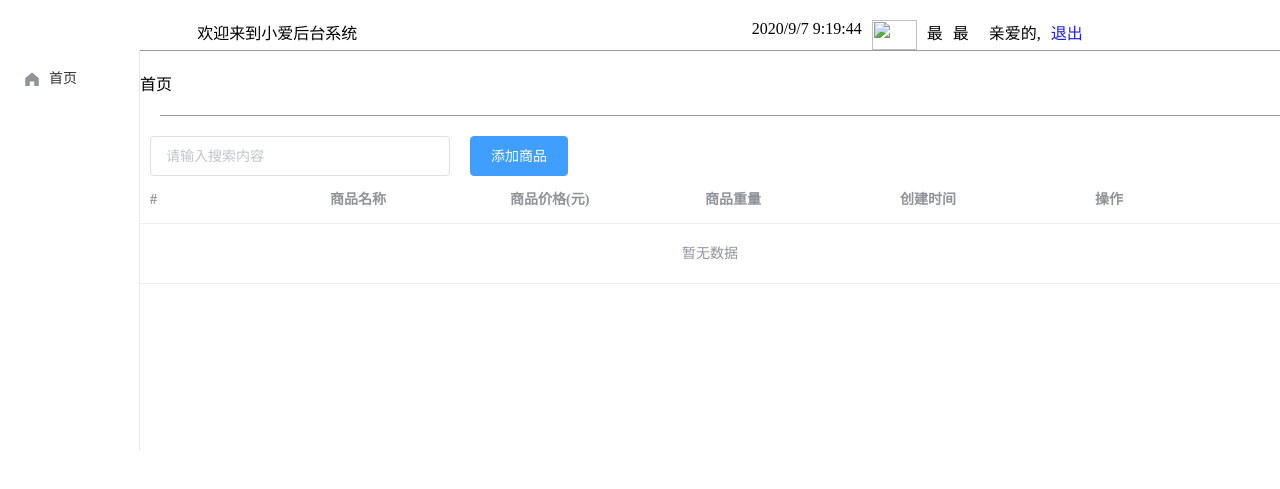
Repository: wujingwenwu/system
Page: /goods/goods
The author's editor kept a copy of each file at every save. The page is drawn from the files as they stood at one save, then again after the next save.
The browser window is 1280 px wide. The pictures show the whole page.
The page's requests for data from a server got no answer. The project was rebuilt for these pictures with package versions that can differ from the ones it lists, and the page was loaded fresh each time. No one was signed in, and anything a server would have sent is missing. Also part of the build but not shown: vue.config.js, src/views/Home.vue.

Above is the page before, as saved 2020-09-07 11:32:07.

### public/index.html
<!DOCTYPE html>
<html lang="en">
  <head>
    <meta charset="utf-8">
    <meta http-equiv="X-UA-Compatible" content="IE=edge">
    <meta name="viewport" content="width=device-width,initial-scale=1.0">
    <link rel="icon" href="<%= BASE_URL %>favicon.ico">
    <title><%= htmlWebpackPlugin.options.title %></title>
  </head>
  <body>
    <noscript>
      <strong>We're sorry but <%= htmlWebpackPlugin.options.title %> doesn't work properly without JavaScript enabled. Please enable it to continue.</strong>
    </noscript>
    <div id="app"></div>
    <!-- built files will be auto injected -->
    <!--[if lte IE 9]>
    <div style='position:absolute; top: 50%; left:50%; margin-top: -50px;margin-left: -400px; align-items: center;justify-content: center;'>
      <div style='width: 800px; height: 100px;text-align: center'>
        <h1>
        您的浏览器版本过低 请下载最新的谷歌浏览器
      </h1>
      <div style='text-align: center;width: 800px'>
        <a href='https://www.chromestatus.com/feature/5636954674692096'>下载谷歌浏览器点此链接</a>
      </div>
      </div>
    </div>
  <![endif]-->
  </body>
</html>

### src/main.js
import Vue from "vue";
import App from "./App.vue";
import router from "./router";
import store from "./store";
import './bus'
import axios from 'axios';
import ElementUI from 'element-ui'
import 'element-ui/lib/theme-chalk/index.css'
import  echarts from 'echarts';
Vue.config.productionTip = false;
Vue.prototype.$axios = axios;
Vue.use(ElementUI)
Vue.prototype.$echarts = echarts;
new Vue({
  router,
  store,
  render: h => h(App)
}).$mount("#app");

### src/App.vue
<template>
  <div id="app">
    <router-view />
  </div>
</template>

<style lang="scss">
@import "../src/style/demo";
* {
  margin: 0;
  padding: 0;
}
</style>

### src/router/index.js
import Vue from "vue";
import VueRouter from "vue-router";
import Home from "../views/Home.vue";
import Public from '../views/publics/Public'
Vue.use(VueRouter);

const routes = [
  {
    path: '/Home',
    redirect: '/'
  },
  {
    path: "/about",
    name: "About",
    // route level code-splitting
    // this generates a separate chunk (about.[hash].js) for this route
    // which is lazy-loaded when the route is visited.
    component: () =>
      import(/* webpackChunkName: "about" */ "../views/About.vue")
  },
  {
    path: "/login",
    name: "Login",
    component: () =>
      import("../views/login/Login"),

  },
  {
    path: "/",
    name: "首页",
    component: Public,
    children: [
      {
        path: "",
        name: "Home",
        component: Home,
        meta: {
          title: "首页",
          icon: 'el-icon-s-home'
        },
      }
    ]
  },
  {
    path: "/users",
    name: "Public",
    component: Public,
    meta: {
      title: "用户管理",
      icon: 'el-icon-user-solid',
    },
    children: [
      {
        path: "users",
        name: "Users",
        component: () => import("../views/users/Users"),
        meta: {
          title: "用户列表",
          icon: 'el-icon-folder-opened',
          path: "/users/users"
        },
      }

    ]
  },
  {
    path: "/rights",
    name: "Public",
    component: Public,
    meta: {
      title: "权限管理",
      icon: 'el-icon-folder'
    },
    children: [
      {
        path: "roles",
        name: "Roles",
        component: () => import("../views/roles/Roles"),
        meta: {
          title: "角色列表",
          icon: 'el-icon-setting',
          path: '/rights/roles'
        },
      },
      {
        path: "rights",
        name: "Roles",
        component: () => import("../views/rights/Rights"),
        meta: {
          title: "权限列表",
          icon: 'el-icon-c-scale-to-original',
          path: '/rights/rights'
        },
      },
    ]
  },
  {
    path: "/goods",
    name: "Public",
    component: Public,
    meta: {
      title: "商品管理",
      icon: 'el-icon-shopping-bag-2'
    },
    children: [
      {
        path: "goods",
        name: "Goods",
        component: () => import("../views/goods/Goods"),
        meta: {
          title: "商品列表",
          icon: 'el-icon-bangzhu',
          path: '/goods/goods'
        },
      },
      {
        path: "params",
        name: "Params",
        component: () => import("../views/params/Params"),
        meta: {
          title: "分类参数",
          icon: 'el-icon-bell',
          path: '/goods/params'
        },
      },
      {
        path: "categories",
        name: "Categories",
        component: () => import("../views/categories/Categories"),
        meta: {
          title: "商品分类",
          icon: 'el-icon-date',
          path: '/goods/categories'
        },
      },
    ]
  },
  {
    path: "/orders",
    name: "Public",
    component: Public,
    meta: {
      title: "订单管理",
      icon: 'el-icon-s-order'
    },
    children: [
      {
        path: "orders",
        name: "Orders",
        component: () => import("../views/orders/Orders"),
        meta: {
          title: "订单列表",
          icon: 'el-icon-folder-add',
          path: '/orders/orders'
        },
      }

    ]
  },
  {
    path: "/reports",
    name: "Public",
    component: Public,
    meta: {
      title: "数据统计",
      icon: 'el-icon-message'
    },
    children: [
      {
        path: "reports",
        name: "Reports",
        component: () => import("../views/reports/Reports"),
        meta: {
          title: "数据报表",
          icon: 'el-icon-position',
          path: '/reports/reports'
        },
      }

    ]
  },
];

const router = new VueRouter({
  mode: "history",
  base: process.env.BASE_URL,
  routes
});

export default router;

### src/store/index.js
import Vue from "vue";
import Vuex from "vuex";
import login from './login/login';
import publics from './publics/publics';
import report from './report/report';
import management  from './management/management';
import jurisdiction from './jurisdiction/jurisdiction';
import goodser from './goodser/goodser'
Vue.use(Vuex);

export default new Vuex.Store({
  state: {},
  mutations: {},
  actions: {},
  modules: {
    login,
    publics,
    report,
    management,
    jurisdiction,
    goodser
  }
});

### src/bus/index.js
import Vue from 'vue'
const bus = new Vue()
Vue.prototype.$bus = bus

### src/style/demo.scss
.d-f{
    display: flex;
    /* 弹性盒模型 */
}
.f-s-12{
    font-size: 12px;
    /* 字体大小为12px */
}
.f-s-14{
    font-size: 14px;
    /* 字体大小为14px */
}
.f-s-16{
    font-size: 16px;
    /* 字体大小为16px */
}
.f-w{
    font-weight: 700;
    /*字体 加粗 */
}
.f-c-ho{
    color: #f00;
    /* 红色 */
}
.f-c-hu{
    color: #ccc;
    /* 灰色 */
}
.f-c-b{
    color: #ffffff;
    /* 白色 */
}
.f-c-he{
    color: #000;
    /* 黑色 */
}
.t-a-l{
    text-align: left;
    /* 文本左对齐 */
}
.t-a-c{
    text-align: center;
    /* 文本居中 */
}
.t-a-r{
    text-align: right;
    /* 文本右对齐 */
}
.t-d-u{
    text-decoration: underline;
    /* 装饰在文本底部 */
}
.t-d-o{
    text-decoration: overline;
    /* 装饰在顶部 */
}
.t-d-l-t{
    text-decoration: line-through;
    /* 装饰在文本中间 */
}
.d-i{
    display: inline;
    /* 块级元素装换成行内元素 */
}
.d-i-b{
    display: inline-block;
    /* 块级元素装换成行内块元素 */
}
.d-b{
    display: block;
    /* 行内和行内块元素装换成块级元素 */
}
.d-n{
    display: none;
    /* 隐藏元素 */
}
.p-r{
    position: relative;
    /* 相对定位 */
}
.p-a{
    position: absolute;
    /* 绝对定位 */
}
.p-f{
    position: fixed;
    /* 固定定位 */
}
.b-r-50{
    border-radius: 50%;
    /* 圆角为50% */
}
.j-c-s-a{
    justify-content: space-around;
   /* 两边的子元素距离父元素的两边有间距，然后中间距离自动等分 */
}
.j-c-s-b{
    justify-content: space-between;
    /* 两边的子元素距离父元素没有间距，然后中间距离自动等分 */

}
.j-c-c{
    justify-content: center;
     /* 所有的子元素相当于父元素水平居中 */
}
.a-i-c{
    align-items: center;
    /* （竖轴排列方式）子元素相当于父元素垂直方向居中 */
}
.f-d-c{
    flex-direction: column;
    /* 弹性盒模型的竖项排列方式 */
}
*{
  margin: 0;
  padding: 0;
  /* 清除游览器的痕迹 */
}
.conter{
    display: flex;
    justify-content: center;
    /* 弹性盒模型，所有的文本在页面的中间 */
}
.warp{
   width: 1280px;
   /* 宽度为1280px，基本上不会超过1400px */
}
.o-h{
    overflow: hidden;
    /* 超出部分隐藏 */
}
.w-o-t{
    white-space: nowrap;
    overflow: hidden;
    text-overflow: ellipsis;
    /* 超出部分隐藏（只限字体） */
}
.d-n{
    display: none;
    /* 不占位置 */
}
.v-h{
    visibility: hidden;
    /* 占位置 */
}
.f-w-w{
    flex-wrap: wrap;
    /* 换行 */
}
.w-s-n{
    white-space: nowrap;
    /* 内容不换行 */
}
.m-t-20{
    margin-top: 20px;
    /* 向下20 */
}
.m-l-20{
    margin-left: 20px;

}
.m-t-10{
    margin-top: 10px;
}
.m-l-10{
    margin-left: 10px;
}
.b-c-hong{
    background-color: red;
}
.b-c-hei{
    background-color: black;
}
.b-c-bai{
    background-color: #ffffff;
}
.b-c-hui{
    background-color: #ccc;
}
.b-1-s-hong{
    border: 1px solid red;
}
.b-1-d-hong{
    border: 1px dashed red;
}
.b-1-s-bai{
    border: 1px solid #ffffff;
}
.b-1-d-bai{
    border: 1px dashed #ffffff;
}
.b-1-s-hei{
    border: 1px solid black;
}
.b-1-d-hei{
    border: 1px dashed black;
}
.b-1-s-hui{
    border: 1px solid #ccc;
}
.b-1-d-hui{
    border: 1px dashed #ccc;
}
.b-l-n{
    border-left: none;
    /* 左边框隐藏 */
}
.b-t-n{
    border-top: none;
}
.b-r-n{
    border-right: none;
}
.b-b-n{
    border-bottom: none;
}
.m-t-15{
    margin-top: 15px;
}
.m-t-30{
    margin-top: 30px;
}
.m-t-5{
    margin-top: 5px;
}
.b-none{
    border: none;
}
.f-s-18{
    font-size: 18px;
}
.m-l--10{
    margin-left: -10px;
}
.m-l-40{
    margin-left: 40px;
}
.m-t-40{
    margin-top: 40px;
}
.o-n{
    outline: none;
    /* 隐藏边框 */
}

### src/views/publics/Public.vue
<template>
<div>
  <div class="d-f publics j-c-s-a m-t-20">
    <div>欢迎来到小爱后台系统</div>
    <div class="d-f">
    <div>  {{ nowDate + ' ' + nowTime + ' ' }}</div>
     <div class="d-f m-l-10">

    <img :src="img" alt="" class="img">
    <div class="m-l-10">{{weather.type}}</div>
    <div>最{{weather.high}}</div>
    <div class="m-l-10">最{{weather.low}}</div>
    <div class="m-l-20">亲爱的,{{user}}</div>
    <div class="m-l-10 color" @click="toOut">退出</div>
    </div>
    </div>
  </div>
  <div class="d-f">
  <el-menu
      :default-active="$route.path"
      class="el-menu-vertical-demo"
      @open="handleOpen"
      @close="handleClose" unique-opened router>
       <el-menu-item index="/">
        <i class="el-icon-s-home"></i>
        <span slot="title">首页</span>
      </el-menu-item>
      <el-submenu :index="item.path" v-for="(item,index) in menus" :key="index" >
        <template slot="title">
         <i :class="item.icon"></i>
         <span>{{item.authName}}</span>
        </template>
        <el-menu-item-group v-for="(item1,index1) in item.children" :key="index1">

          <el-menu-item :index="item1.path"><i :class="item1.icon"></i>{{item1.authName}}</el-menu-item>

        </el-menu-item-group>
      </el-submenu>



    </el-menu>
    <div>
    <div class="show"></div>
    <div class="m-t-20">首页</div>
    <div class="show1 m-t-20"></div>
  <router-view></router-view>
  </div>
  </div>
  </div>
</template>

<script>
import { createNamespacedHelpers } from 'vuex'
const userModule = createNamespacedHelpers('publics')
const { mapState: userState, mapActions: userActions } = userModule
export default {
  name: "",
  props: {},
  data() {
    return {
      nowDate: "", // 当前日期
      nowTime: "", // 当前时间
      hous:'',
      weather:'',
      img:'',
      user:'',
      routes:''
    };
  },
  components: {},
  methods: {
    toOut(){
      this.$router.push('/login')
    },
    handleOpen(){

    },
    handleClose(){
    },
      ...userActions(['getMenus']),
      //获取当前时间
    currentTime() {
            setInterval(this.getDate, 500);
        },
        getDate: function() {
            var _this = this;
            let yy = new Date().getFullYear();
            let mm = new Date().getMonth() + 1;
            let dd = new Date().getDate();
            let hh = new Date().getHours();
            this.hous=new Date().getHours()
            let mf =
                new Date().getMinutes() < 10
                    ? "0" + new Date().getMinutes()
                    : new Date().getMinutes();
               let my =
                new Date().getSeconds() < 10
                    ? "0" + new Date().getSeconds()
                    : new Date().getSeconds();
            _this.nowTime = hh + ":" + mf +":"+ my;
            _this.nowDate = yy + "/" + mm + "/" + dd;
        },

  },
  mounted() {
    console.log(this.$router);
    this.routes=this.$router.options.routes
       this.getMenus()
      this.currentTime();
      //获取天气
     this.$axios
      .get("http://wthrcdn.etouch.cn/weather_mini?city=成都")
      .then((res) =>{
        // console.log(res.data.data);
        this.weather=res.data.data.forecast[0]//获取到当天的天气
        console.log(this.weather);
        if(this.weather.type=='多云'){
            this.img=require("../../image/90XB9(C7P}7EJ59[7O99%K5.png")
        }if(this.weather.type=='晴天'){
          this.img=require("../../image/{}BC(0D8R~BDMVK70GMGXYT.png")
        }if(this.weather.type=='小雨'){
          this.img=require("../../image/`1L(N@R7EQZ_8M3(AY`~O~C.png")
        }

      })
      .catch((err) =>{
        console.log(err);
      });
    this.user=localStorage.getItem('user')
  },
   // 销毁定时器
    beforeDestroy: function() {
        if (this.getDate) {
            console.log("销毁定时器")
            clearInterval(this.getDate); // 在Vue实例销毁前，清除时间定时器
        }
    },
  watch: {},
  computed: {
     ...userState(['menus'])
  }
};
</script>

<style scoped lang='scss'>
.img{
    width: 45px;
    height: 30px;
}
.color{
    color: rgb(31, 31, 231);
    cursor: pointer;
}
.el-menu-vertical-demo:not(.el-menu--collapse) {
    width: 200px;
    min-height: 400px;
  }
  .show{
    width: 1140px;
   height: 1px;
   background: #999;

  }
  .show1{
     width: 1120px;
   height: 1px;
   background: #999;
   margin-left: 20px;
  }
</style>

### src/views/goods/Goods.vue
<template>
<!--商品列表-->
 <div>
 <div class="d-f m-t-20">
 <el-input
  placeholder="请输入搜索内容" class="input m-l-10"
  v-model="input"
  clearable>
</el-input>
<div class="m-l-20">
<el-button type="primary">添加商品</el-button>
</div>
 </div>
   <el-table
      :data="goodser"
      style="width: 100%">
      <el-table-column
        type="index"
        :index="indexMethod"
        label="#"
        width="180">
      </el-table-column>
      <el-table-column
        prop="goods_name"
        label="商品名称"
        width="180">
      </el-table-column>
      <el-table-column
        prop="goods_price"
        label="商品价格(元)">
      </el-table-column>
       <el-table-column
        prop="goods_weight"
        label="商品重量">
      </el-table-column>
       <el-table-column
        prop="add_time"
        label="创建时间">
      </el-table-column>
        <el-table-column
        label="操作">
       <el-button type="primary" size="mini" icon="el-icon-edit-outline"></el-button>
       <el-button type="danger" size="mini" icon="el-icon-delete"></el-button>
      </el-table-column>
    </el-table>
 </div>
</template>

<script>
import { createNamespacedHelpers } from "vuex";
const userModule = createNamespacedHelpers("goodser");
const { mapState, mapActions } = userModule;
 export default {
   name:'',
   props:{

    },
   data () {
     return {
     query:'',
     pagenum:'1',
     pagesize:'10',
     input: '',
   }
   },
   components: {

   },
   methods: {
 ...mapActions(["getGoodser"]),
 //获取下标
    indexMethod(index) {
      return index * 1 + 1;
    },
   },
   mounted() {
    this.getGoodser({
     query:this.query,
      pagenum:this.pagenum,
      pagesize:this.pagesize
    })
   },
   watch: {

   },
   computed: {
    ...mapState(["goodser"])
   }
 }
</script>

<style scoped lang='scss'>
.input{
  width: 300px;
}
</style>

### src/store/login/login.js
import api from '../../components/http/api';
import router from '../../router';
import {Message} from 'element-ui';

export default {
  // 开启命名空间 这个文件就是单独的一个vuex的模块
  namespaced: true,
  state: {
    menus: []
  },
  mutations: {
    setMenus(state, data) {
      state.menus = data
    }
  },
  actions: {
    // 所有的请求都写在actions里面
    // action里面的方法可以传两个参数 第一个参数是整个store(vuex对象) 第二个参数是请求的参数

    async login( {commit},{username, password}) {
      console.log(commit);
      let res = await api.login({
        username,
        password
      })
      if (res.meta.status === 200) {
        // 存储信息
        localStorage.setItem('adminToken', res.data.token)
        localStorage.setItem('adminUser', JSON.stringify(res.data))
        localStorage.setItem('user',username)
        // 跳转路由
        router.push('/')
        // 提示用户
        Message.success('登录成功')
      } else {
        Message.error(res.meta.msg)
      }
    }
    // getMenus() {
    //   api.getMenus().then().catch()
    // }
  },
}

### src/store/report/report.js
import api from '../../components/http/api';
// import router from '../../router';
// import {Message} from 'element-ui';

export default {
  // 开启命名空间 这个文件就是单独的一个vuex的模块
  namespaced: true,
  state: {
   data:[],
   legend:[],
   xAxis:[]
  },
  mutations: {
    setData(state, data) {
      state.data = data
    },
    setLegend(state, data) {
        state.legend = data
      },
      setXAxis(state, data) {
        state.xAxis = data
      }
  },
  actions: {
    // 所有的请求都写在actions里面
    // action里面的方法可以传两个参数 第一个参数是整个store(vuex对象) 第二个参数是请求的参数

    async getReports( {commit}) {
      console.log(commit);
      let res = await api.getReports({

      })
      if (res.meta.status === 200) {
          this.data = res.data.series
          commit('setData', res.data.series)
          commit('setXAxis', res.data.xAxis[0].data)
          commit('setLegend', res.data.legend.data)
        console.log(res.data);
      }
    }

  },
}

### src/store/management/management.js
import api from '../../components/http/api';
import Vue from 'vue';
import dayjs from 'dayjs';
// import router from '../../router';
// import {Message} from 'element-ui';

export default {
  // 开启命名空间 这个文件就是单独的一个vuex的模块
  namespaced: true,
  state: {
    orderss:[],
    logistics:[]
  },
  mutations: {
    setOrderss(state, data) {
        state.orderss = data
    },
    setLogistics(state, data) {
      state.logistics = data
  },
  },
  actions: {
    // 所有的请求都写在actions里面
    // action里面的方法可以传两个参数 第一个参数是整个store(vuex对象) 第二个参数是请求的参数

    async getOrderss({ commit }, {query,pagenum,pagesize,user_id,pay_status,is_send,order_fapiao_title,order_fapiao_company,order_fapiao_content,consignee_addr}) {

      let res = await api.getOrderss({
        query,pagenum,pagesize,user_id,pay_status,is_send,order_fapiao_title,order_fapiao_company,order_fapiao_content,consignee_addr
      })
      if (res.meta.status === 200) {
        // 存储信息
        commit('setOrderss', res.data.goods)
       console.log(res.data);
      }
      res.data.goods.map(item=>{
        if(item.pay_status==='0'){
          Vue.set(item,'pay_statuss','未付款')
        }else{
          Vue.set(item,'pay_statuss','已付款')
        };
        item.create_time= dayjs(item.create_time).format('YYYY-MM-DD HH-mm-ss')
      })
    },

    async getLogistics({ commit }, {id}) {

      let res = await api.getLogistics({
        id
      })
      if (res.meta.status === 200) {
        // 存储信息
        commit('setLogistics', res.data)
        console.log(commit);
       console.log(res);
      }
    }
  },
}

### src/store/jurisdiction/jurisdiction.js
import api from '../../components/http/api';
import Vue from 'vue'
// import router from '../../router';
import {Message} from 'element-ui';

export default {
  // 开启命名空间 这个文件就是单独的一个vuex的模块
  namespaced: true,
  state: {
    power: [],
    roles:[],
    rights:[]
  },
  mutations: {
    setPower(state, data) {
      state.power = data
    },
    getRoles(state, data) {
      state.roles = data
    },
    setRights(state, data) {
      state.rights = data
    },
  },
  actions: {
    // 所有的请求都写在actions里面
    // action里面的方法可以传两个参数 第一个参数是整个store(vuex对象) 第二个参数是请求的参数
    async getPower( {commit},{type}) {
      console.log(commit);
      let res = await api.getPower({
        type
      })
      if (res.meta.status === 200) {
        commit('setPower', res.data)
       console.log(res.data);
      }
      res.data.map(item=>{
          if(item.level==='0'){
            Vue.set(item, 'levels','一级')
          }if(item.level==='1'){
            Vue.set(item, 'levels','二级')
          }if(item.level==='2'){
            Vue.set(item, 'levels','三级')
          }
      })
    },
    //角色列表
    async getRoles( {commit}) {
      console.log(commit);
      let res = await api.getRoles({

      }
      )
      console.log(res);
      if (res.meta.status === 200) {
        commit('getRoles', res.data)
       console.log(res);
      }
    },
    //添加角色
    async postAddrole( {dispatch},{roleName,roleDesc}) {
      let res = await api.postAddrole({
        roleName,roleDesc
      }
      )
      if (res.meta.status === 201) {
        dispatch('getRoles',
        )
        Message.success('添加用户成功')
       console.log(res);
      }
    },
    async deleteRole( {dispatch},{id}) {
      let res = await api.deleteRole({
        id
      }
      )
      if (res.meta.status === 200) {
        dispatch('getRoles',
        )
        Message.success('删除用户成功')
       console.log(res);
      }
    },
    async editRole( {dispatch},{id,roleName,roleDesc}) {
      let res = await api.editRole({
        id,roleName,roleDesc
      }
      )
      if (res.meta.status === 200) {
        dispatch('getRoles',
        )
        Message.success('修改用户成功')
       console.log(res);
      }
    },
    //获取权限管理
    async getRights( {commit},{type}) {
      let res = await api.getRights({
        type
      }
      )
      console.log(res);
      if (res.meta.status === 200) {
        commit('setRights', res.data)

      }
    },
    async setRoles( {commit},{roleId,rids}) {
      console.log(commit);
      let res = await api.setRoles({
        roleId, rids
      }
      )
      if (res.meta.status === 200) {
        console.log(res);
        Message.success('修改权限成功')
      }
    },
  },
}

### src/store/goodser/goodser.js
import api from '../../components/http/api';
import dayjs from 'dayjs'
// import Vue from 'vue'
// import router from '../../router';
// import {Message} from 'element-ui';

export default {
  // 开启命名空间 这个文件就是单独的一个vuex的模块
  namespaced: true,
  state: {
    goodser:[]
  },
  mutations: {
    setGoodser(state, data) {
        state.goodser = data
      },
  },
  actions: {
    // 所有的请求都写在actions里面
    // action里面的方法可以传两个参数 第一个参数是整个store(vuex对象) 第二个参数是请求的参数
    async getGoodser( {commit},{query,pagenum,pagesize}) {
      console.log(commit);
      let res = await api.getGoodser({
        query,pagenum,pagesize
      })
      console.log(res);
      if (res.meta.status === 200) {
        commit('setGoodser', res.data.goods)
      };
      res.data.goods.map(item=>{
          item.add_time=dayjs(item.add_time).format('YYYY-MM-DD HH-mm-ss')
      })

    },






  },
}

### src/components/http/api.js
import service from './index';
import qs from 'qs'

export default {
  login({username, password}) {
    return service.post('/login', {
      username,
      password
    })
  },
  getMenus() {
    return service.get('menus')
  },
  getUserList({pagenum,pagesize,query}) {
    return service.get(`users?pagenum=${pagenum}&pagesize=${pagesize}&query=${query}`)
  },
  getState({uId,type}) {
    return service.put(`users/${uId}/state/${type}`)
  },
  getParty({username,password,email,mobile}) {
    return service.post(`users`,
    {username,password,email,mobile}
    )
  },
  //删除
  getDelete({id}) {
    return service.delete(`users/${id}`,
    )
  },
  //修改用户
  getAmend({id,email,mobile}) {
    return service.put(`users/${id}`,{email,mobile}
    )
  },
   //基于时间统计的折线图
   getReports() {
    return service.get(`reports/type/1/`)
  },
  //订单数据列表
  // query,user_id,pay_status,is_send,order_fapiao_title,order_fapiao_company,order_fapiao_content,consignee_addr
  getOrderss({pagenum,pagesize}) {
    return service.get(`orders?pagenum=${pagenum}&pagesize=${pagesize}`)
  },
    getPower({type}) {
      return service.get(`rights/${type}`)
    },
    //查看物流信息
    getLogistics({id}) {
      return service.get(`kuaidi/${id}`)
    },
    //角色列表
    getRoles() {
      return service.get(`roles`)
    },
    //添加角色
    postAddrole({roleName,roleDesc}) {
      return service.post(`roles`,{roleName,roleDesc})
    },
     //删除角色
     deleteRole({id}) {
      return service.delete(`roles/${id}`)
    },
     //编辑角色
     editRole({id,roleName,roleDesc}) {
      return service.put(`roles/${id}`,{roleName,roleDesc})
    },
    //分配权限
    setRoles({ roleId, rids }) {
      return service.post(`roles/${roleId}/rights`, qs.stringify({ rids }), {
        headers: { 'Content-Type': 'application/x-www-form-urlencoded' },
      });
    },
       // 权限管理
       getRights({type}) {
        return service.get(`rights/${type}`)
      },
        // 商品列表数据
        getGoodser({query,pagenum,pagesize}) {
          return service.get(`goods?query=${query}&pagenum=${pagenum}&pagesize=${pagesize}`)
        },
}

### src/components/http/index.js
import axios from 'axios'
import nprogress from 'nprogress'
import {Message} from 'element-ui'

// 运行环境: 本地环境:devlpment 和线上(生产)环境: production
const isPro = process.env.NODE_ENV === 'production'

// 创建一个axios的实例
const service = axios.create({
  // 基础路径: 需要根据当前的运行环境来判断
  baseURL: isPro ? '线上的接口路径' : '/api',
  // 超时时间
  timeout: 100000
})


// 请求拦截: 每一次发请求都会做的事情
service.interceptors.request.use((config) => {
  nprogress.start()
  // 前后端鉴权
  // jwt: JSON WEB TOKEN
  // 登录成功之后 后端会返回一个令牌
  let token = localStorage.getItem('adminToken')
  if (token) {
    // 需要在请求头当中添加token
    config.headers['Authorization'] = token
  }
  return config
}, err => {
  nprogress.done()
  return Promise.reject(err)
})


// 响应拦截: 每一次接口返回数据的时候都会做的事情
service.interceptors.response.use((res) => {
  nprogress.done()
  return res.data
}, err => {
  if (err.response && err.response.status) {
    // 错误请求的状态码
    let status = err.response.status
    if (status === 400) {
      Message.error('参数错误')
    }
    if (status === 401) {
      Message.error('登录过期,请重新登录')
    }
    if (status === 403) {
      Message.error('没有权限')
    }
    if (status === 404) {
      Message.error('接口路径错误')
    }
    if (status === 500) {
      Message.error('服务器出错')
    }
    if (status === 503) {
      Message.error('服务器在维护')
    }
  }
  return Promise.reject(err)
})


export default service

Loaded but not shown: src/store/publics/publics.js (148 lines, source omitted)

After the next save:
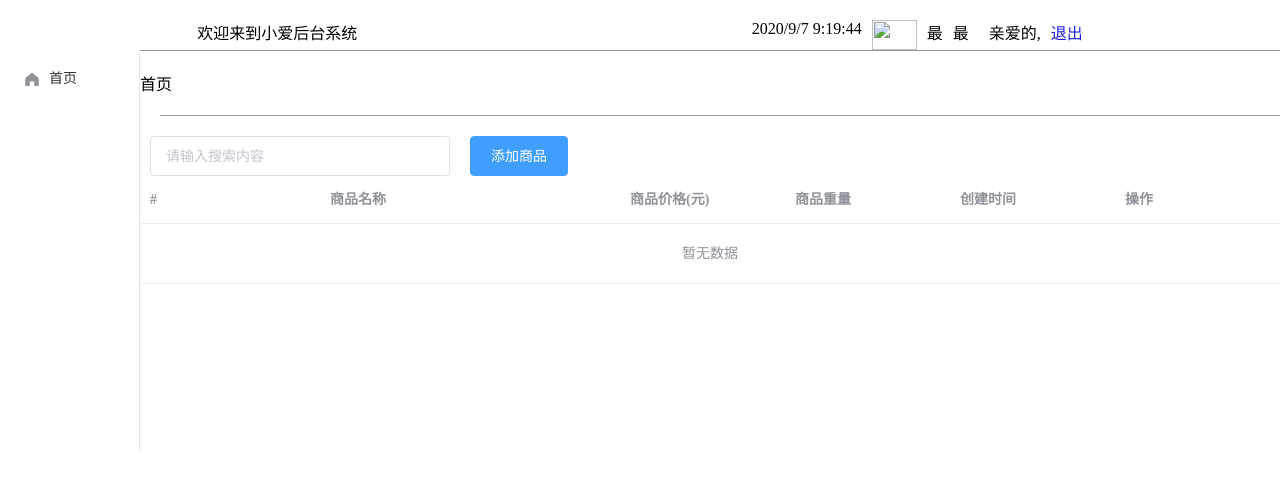
Saved 90 s later.
--- a/src/views/goods/Goods.vue
+++ b/src/views/goods/Goods.vue
@@ -23,7 +23,7 @@
       <el-table-column
         prop="goods_name"
         label="商品名称"
-        width="180">
+        width="300">
       </el-table-column>
       <el-table-column
         prop="goods_price"
